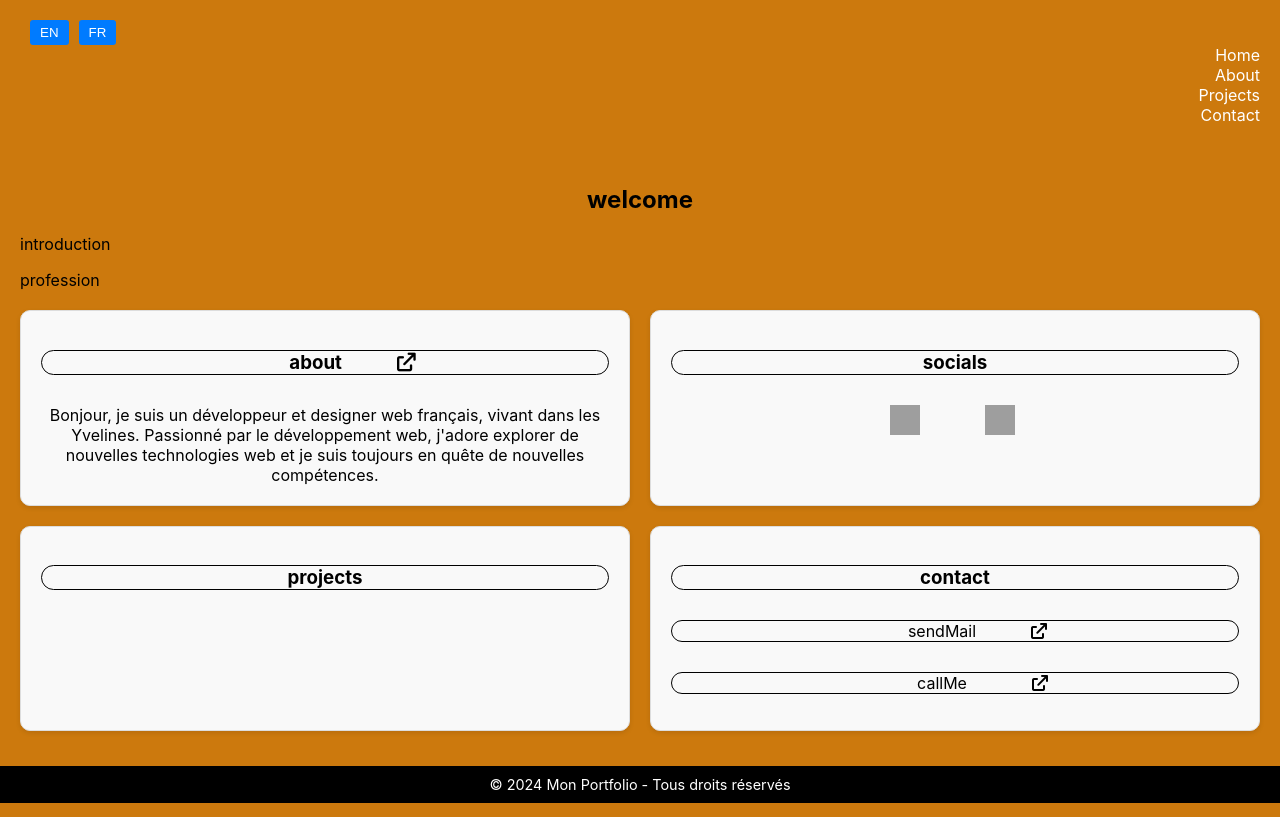
Repository: Christian121966/mon-portfolio
Page: /
The author's editor kept a copy of each file at every save. The page is drawn from the files as they stood at one save, then again after a run of saves.
The browser window is 1280 px wide. The pictures show the whole page.
Pictures or frames that could not be fetched are drawn as grey boxes. The project was rebuilt for these pictures with package versions that can differ from the ones it lists, and the page was loaded fresh each time. Also part of the build but not shown: src/pages/AboutPage/AboutPage.scss, src/pages/AboutPage/AboutPage.js, src/pages/ProjectsPage/ProjectsPage.js, src/pages/ContactPage/ContactPage.js. Imported but missing from the stored project, and not drawn on this page: src/i18next.

Above is the page before, as saved 2024-07-24 00:37:05.

After the next 2 saves:
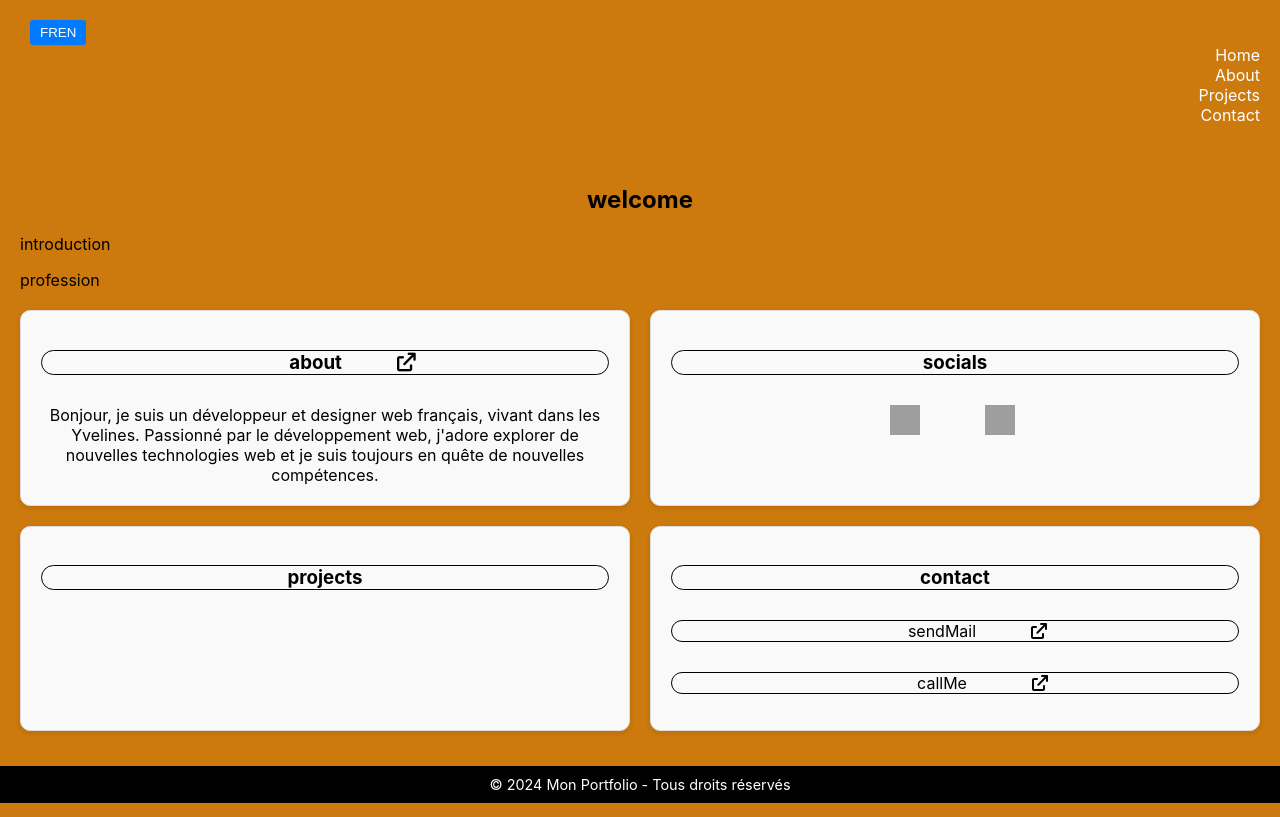
The 2 saves are shown as one change because they came seconds apart.
The last was saved 54 min 16 s later.
--- a/src/components/Header/Header.js
+++ b/src/components/Header/Header.js
@@ -5,6 +5,7 @@ import '../Header/Header.scss';
 
 function Header() {
   const { i18n } = useTranslation();
+  const currentLang = i18n.language;
 
   const changeLanguage = (lng) => {
     i18n.changeLanguage(lng);
@@ -13,8 +14,19 @@ function Header() {
   return (
     <header className="header">
       <div className="header__language-buttons">
-        <button onClick={() => changeLanguage('en')}>EN</button>
-        <button onClick={() => changeLanguage('fr')}>FR</button>
+        <button
+          aria-checked={currentLang === 'fr'}
+          className="control__lang"
+          role="switch"
+          type="button"
+          onClick={() => changeLanguage('fr')}
+        >
+          <span className="current control__lang_side">FR</span>
+          <span className="control__lang_switch">
+            <span></span>
+          </span>
+          <span className="control__lang_side">EN</span>
+        </button>
       </div>
       <nav className="header__nav">
         <a href="/" className="header__link">Home</a>
